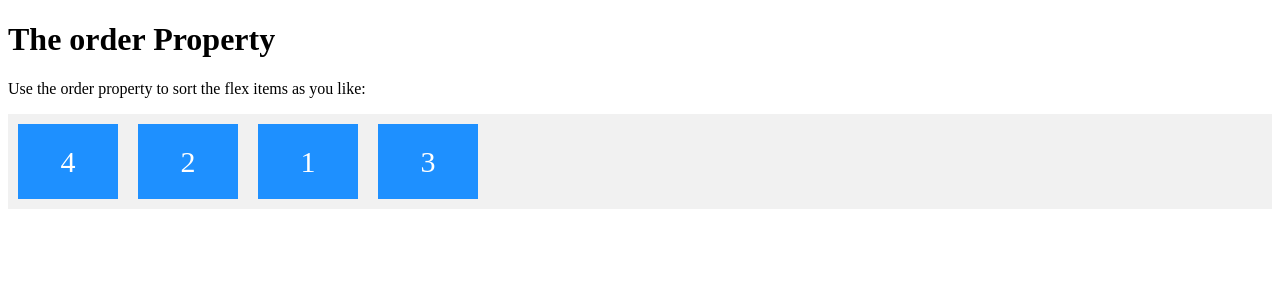
Repository: ahmetbugraozcan/css-ders-programi
Page: deneme.html
These files come from the project's save history. The page is drawn as it stood at one moment and after a run of saves; the edit follows.
The browser window is 1280 px wide. The pictures show the whole page.

Above is the page before, as saved 2021-07-10 10:17:13.

After the next 3 saves:
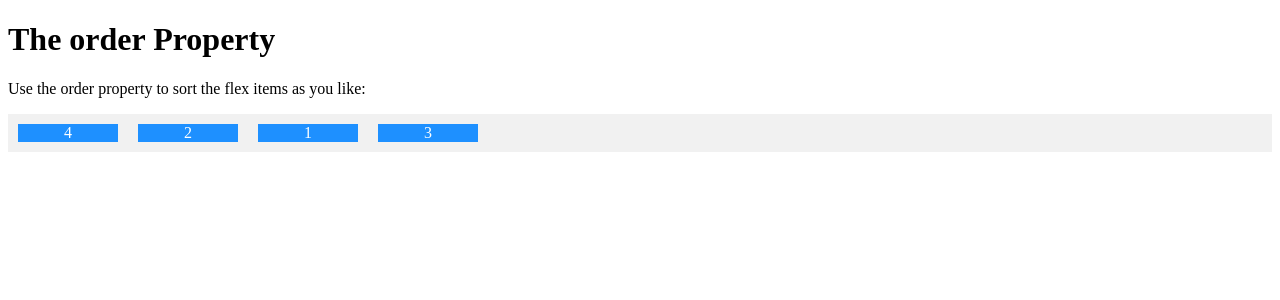
The 3 saves are shown as one change because they came seconds apart.
The last was saved 41 s later.
--- a/deneme.html
+++ b/deneme.html
@@ -14,7 +14,7 @@
   width: 100px;
   margin: 10px;
   text-align: center;
-  line-height: 75px;
+  line-height
   font-size: 30px;
 }
 </style>

After the save that followed:
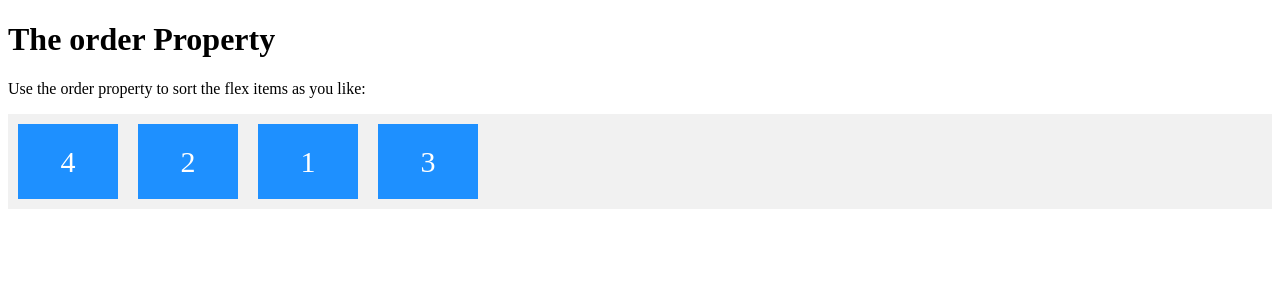
Saved 4 s later.
--- a/deneme.html
+++ b/deneme.html
@@ -14,7 +14,7 @@
   width: 100px;
   margin: 10px;
   text-align: center;
-  line-height
+  line-height: 75px;
   font-size: 30px;
 }
 </style>
